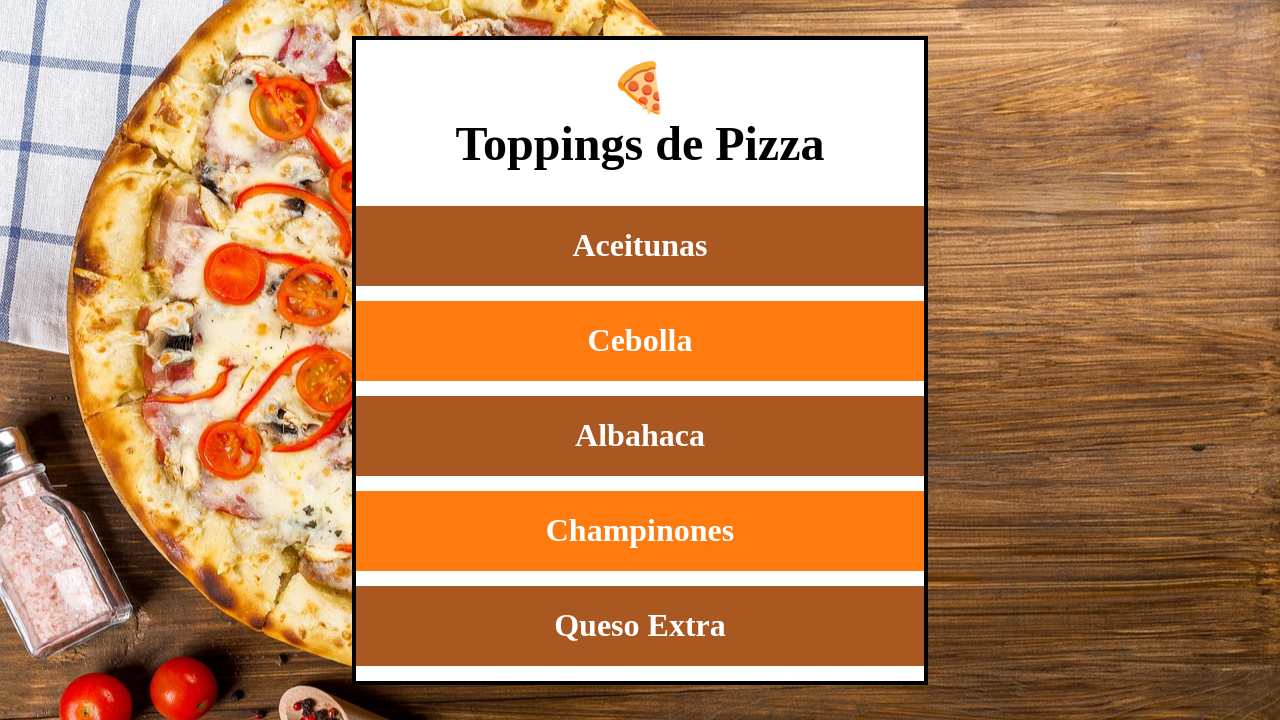
Repository: JoyMoGas/javascript-learn
Page: toppings-de-pizza/index.html
The author's editor kept a copy of each file at every save. The page is drawn from the files as they stood at one save, then again after the next save.
The browser window is 1280 px wide. The pictures show the whole page.

Above is the page before, as saved 2024-05-08 22:07:50.

### toppings-de-pizza/index.html
<!DOCTYPE html>
<html lang="en">
  <head>
    <meta charset="UTF-8" />
    <meta name="viewport" content="width=device-width, initial-scale=1.0" />
    <link rel="stylesheet" href="styles.css">
    <title>Mis Toppings</title>
  </head>
  <body>
    <div id="contenedor">
      <h1 id="titulo">🍕 <br> Toppings de Pizza</h1>
      <ul id="lista-toppings">
        <li class="topping fondo-marron" id="aceitunas">Aceitunas</li>
        <li class="topping fondo-naranja">Cebolla</li>
        <li class="topping fondo-marron" id="Albahaca">Albahaca</li>
        <li class="topping fondo-naranja">Champinones</li>
      </ul>
    </div>


    <script src="app.js"></script>
  </body>
</html>

### toppings-de-pizza/styles.css
/* Estilos generales */

* {
  margin: 0;
  padding: 0;
  box-sizing: border-box;
  font-display: 'Lato', sans-sherif;
}

body {
  display: flex;
  justify-content: center;
  align-items: center;
  height: 100vh;
  text-align: center;
  background: url(imagenes/pizza.jpg) no-repeat center/cover;
}

/* Contenido */

#contenedor {
  display: flex;
  flex-wrap: wrap;
  justify-content: center;
  align-items: center;
  min-height: 80vh;
  width: 80vh;
  max-width: 600px;
  background-color: white;
  border: 4px solid black;
}

h1 {
  font-size: 3rem;
  width: 100%;
  margin: 20px 10px;
}

ul {
  width: 100%;
  height: 100%;
}

.topping {
  font-size: 2rem;
  font-weight: bold;
  color: white;
  display: flex;
  flex-wrap: wrap;
  justify-content: center;
  align-items: center;
  width: 100%;
  height: 80px;
  margin: 15px 0;
}

.fondo-marron {
  background-color: #aa5822;
}

.fondo-naranja {
  background-color: #ff7b0f;
}

.texto-verde {
  color: rgb(2, 190, 2);
}

### toppings-de-pizza/app.js
/*
const primerTopping = document.querySelector('.topping');

console.log(primerTopping.style);
* Cambiando el estilo con javascript
primerTopping.style.backgroundColor = 'blue';
primerTopping.style.color = '#6dff00';
primerTopping.style.textTransform = 'uppercase';
*/

// const listaDeToppings = document.getElementById('lista-toppings')
// innerText - textContent -> retorna texto
// innerHTML -> retorna los elementos HTML

/*
* Modificar contenido de elemento
const titulo = document.getElementById('titulo');
titulo.innerText = 'Mis Toppings Favoritos';
*/

const enlaces = document.getElementsByTagName('a')
// console.log(enlaces[0].getAttribute('href')) // * removeAttribute
// console.log(enlaces[0].getAttribute('href', 'Modificar el atributo'))

/*
* AGREGAR/MODIFICAR CLASES
const primerTopping = document.querySelector('.topping');
primerTopping.classList.add('texto-verde');
console.log(primerTopping.classList);

*/
/*
* Verificar si clase existe
const primerTopping = document.querySelector('.topping');

console.log(primerTopping.classList.contains('fondo-marron'));

 */

/*
* Eliminar una clase
const primerTopping = document.querySelector('.topping');
primerTopping.classList.remove('topping');
console.log(primerTopping.classList);

*/

/*
* Agregar y modificar un elemento
const listaDeToppings = document.getElementById('lista-toppings');

const toppingNuevo = document.createElement('li');

toppingNuevo.classList.add('topping', 'fondo-marron');
toppingNuevo.innerText = 'Queso Extra';

listaDeToppings.append(toppingNuevo);

toppingNuevo.remove()

*/

const listaDeToppings = document.getElementById('lista-toppings');

const toppingNuevo = document.createElement('li');

toppingNuevo.classList.add('topping', 'fondo-marron');
toppingNuevo.innerText = 'Queso Extra';

listaDeToppings.appendChild(toppingNuevo);

After the next save:
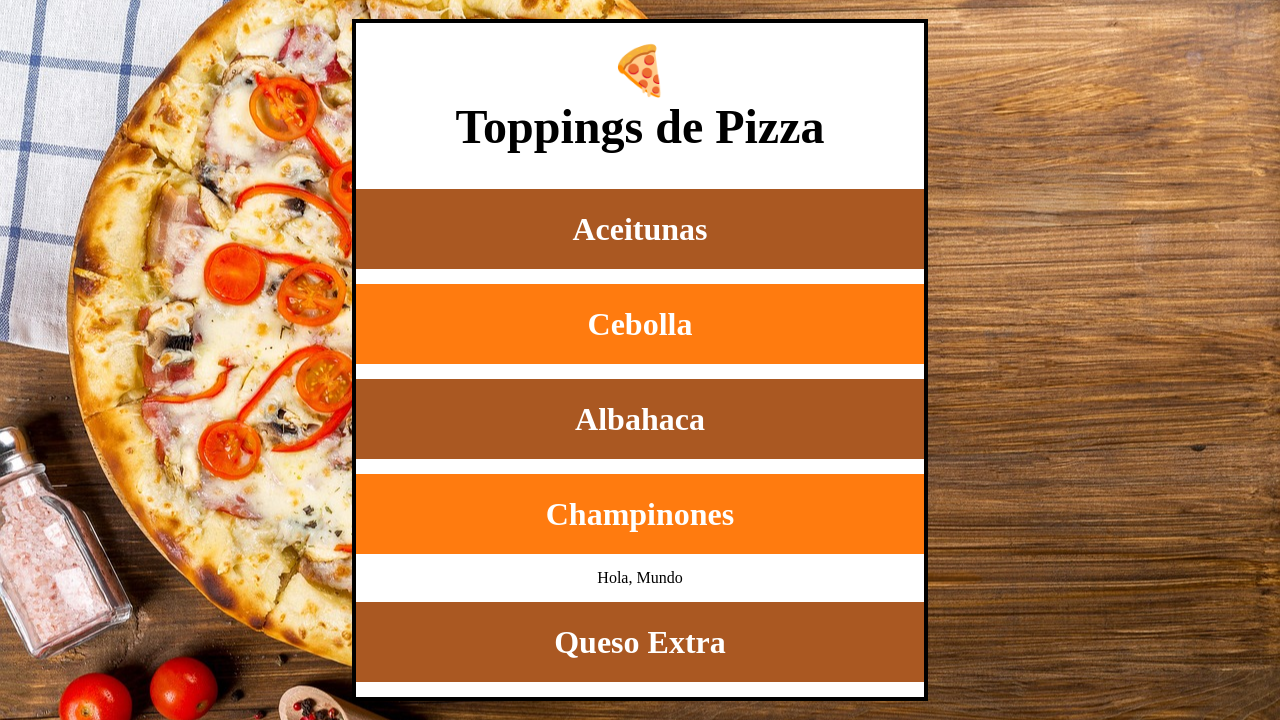
Saved 47 s later.
--- a/toppings-de-pizza/app.js
+++ b/toppings-de-pizza/app.js
@@ -67,4 +67,6 @@ const toppingNuevo = document.createElement('li');
 toppingNuevo.classList.add('topping', 'fondo-marron');
 toppingNuevo.innerText = 'Queso Extra';
 
+listaDeToppings.append('Hola, Mundo')
+
 listaDeToppings.appendChild(toppingNuevo);
